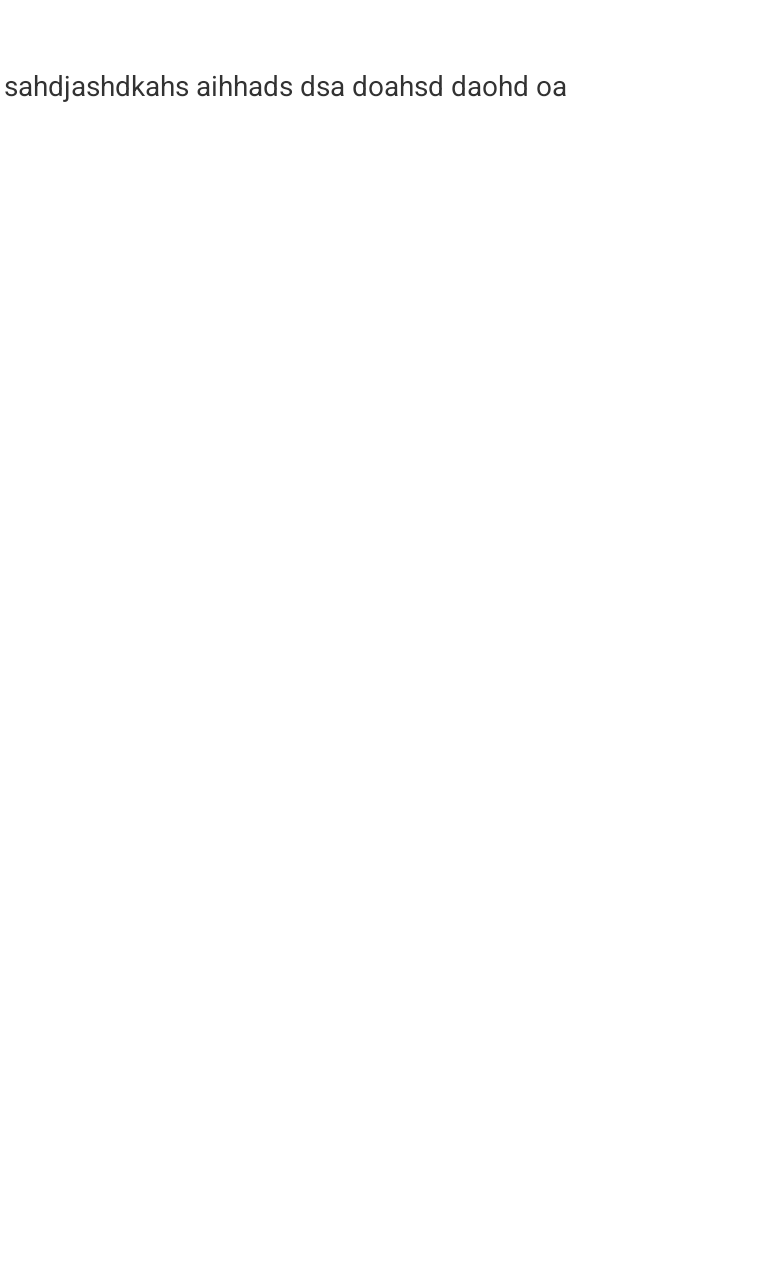
Repository: galihandy/chessboard
Layout: myEvent/res/layout/list_twitter_item.xml
An editor plug-in stored every save of this project. The layout is shown before and after the next save, followed by the edit.
It is drawn on a 768 x 1280 px phone screen (xhdpi) without system bars, with theme android:Theme.Light.NoTitleBar; the app's code is not run.

Above is the layout before, as saved 2013-02-11 12:13:20.

After the next save:
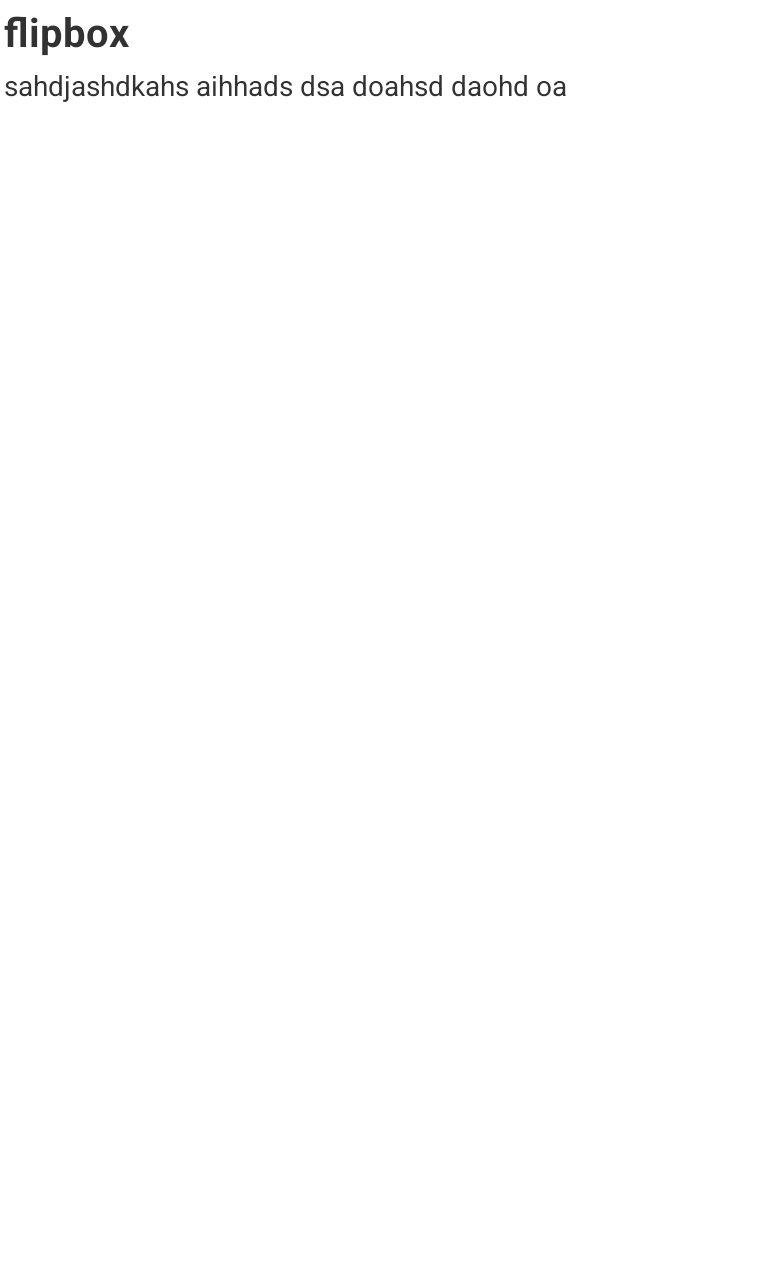
Saved 19 s later.
--- a/myEvent/res/layout/list_twitter_item.xml
+++ b/myEvent/res/layout/list_twitter_item.xml
@@ -10,6 +10,7 @@
         android:layout_height="wrap_content"
         android:textSize="20dp"
         android:textStyle="bold"
+        android:text="flipbox"
         android:padding="2dp" />
     <TextView android:id="@+id/tweet_text"
         android:layout_width="wrap_content"
